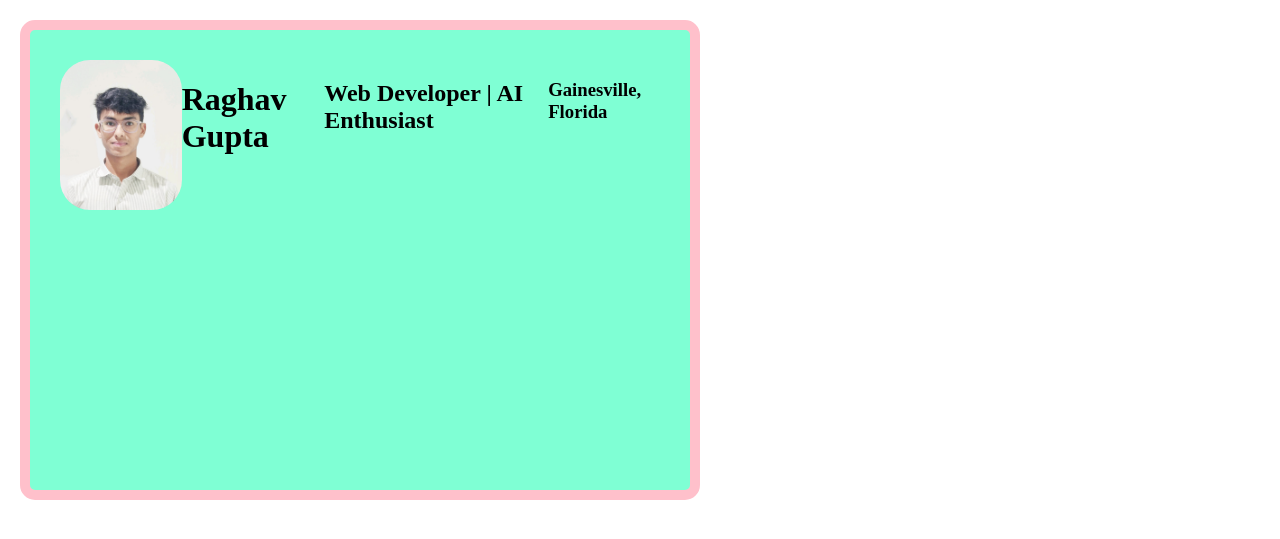
Repository: raghhavv03/html-css-practice
Page: css-task-2/index.html
These files come from the project's save history. The page is drawn as it stood at one moment and after a run of saves; the edit follows.
The browser window is 1280 px wide. The pictures show the whole page.

Above is the page before, as saved 2026-02-04 03:54:00.

### css-task-2/index.html
<!DOCTYPE html>
<html>
    <head>
        <title>Visitor Card: Raghav Gupta </title>
        <link rel="stylesheet" href="./style.css">
    </head>
    <body>
        <div class="card">
            <img src="./profile.jpg" class="profile-pic" alt="raghav's profile picture">
            <div></div>
            <h1 class="name">Raghav Gupta</h1>
            <h2 class="title">Web Developer | AI Enthusiast</h2>
            <h3 class="location">Gainesville, Florida</h3>
        </div>
    </body>
</html>

### css-task-2/style.css
body {
    margin: 20px;
}

.card {
    width: 600px;
    height: 400px;
    border: 10px solid pink;
    background-color: aquamarine;
    border-radius: 15px;
    padding: 30px;
    display: flex;
}

.profile-pic {
    width: 150px;
    height: 150px;
    border-radius: 30px;
}

After the next 3 saves:
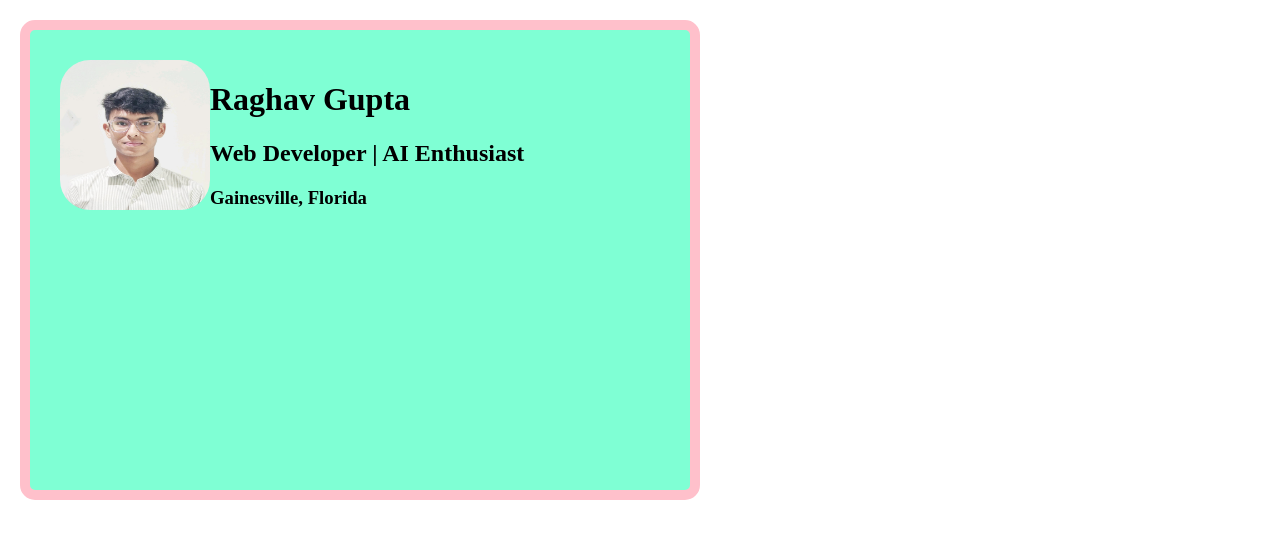
The 3 saves are shown as one change because they came seconds apart.
The last was saved 11 s later.
--- a/css-task-2/index.html
+++ b/css-task-2/index.html
@@ -7,10 +7,11 @@
     <body>
         <div class="card">
             <img src="./profile.jpg" class="profile-pic" alt="raghav's profile picture">
-            <div></div>
-            <h1 class="name">Raghav Gupta</h1>
-            <h2 class="title">Web Developer | AI Enthusiast</h2>
-            <h3 class="location">Gainesville, Florida</h3>
+            <div>
+                <h1 class="name">Raghav Gupta</h1>
+                <h2 class="title">Web Developer | AI Enthusiast</h2>
+                <h3 class="location">Gainesville, Florida</h3>
+            </div>
         </div>
     </body>
 </html>
